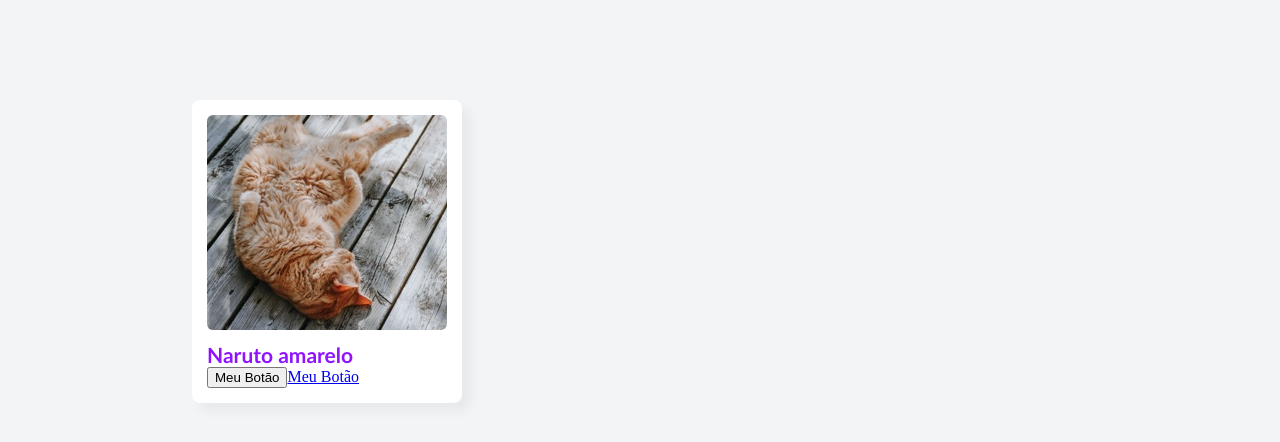
Repository: alessandradiamantino/Curso-Front-End-Design
Page: 1 - Introdução ao HTML e CSS/2 - Exercício CSS/01/codesignerspro-arquivos-exercicio-css-02/codesignerspro-arquivos-exercicio-css-02/index.html
The author's editor kept a copy of each file at every save. The page is drawn from the files as they stood at one save, then again after the next save.
The browser window is 1280 px wide. The pictures show the whole page.

Above is the page before, as saved 2021-07-28 11:49:28.

### 1 - Introdução ao HTML e CSS/2 - Exercício CSS/01/codesignerspro-arquivos-exercicio-css-02/codesignerspro-arquivos-exercicio-css-02/index.html
<!DOCTYPE html>
<html lang="pt-br">

<head>
  <meta charset="UTF-8">
  <meta name="viewport" content="width=device-width, initial-scale=1.0">
  <meta http-equiv="X-UA-Compatible" content="ie=edge">
  <title>Exercício CSS 02</title>
  <link rel="stylesheet" type="text/css" href="css/style.css" />
</head>

<body>
  <main>
  <div class="card-container">
    <div class="card">
      <img src="images/gato-01.jpg"
        alt="gato deitado"
        title="gatinho"
        class="card-image"
      />
      <div class="card-body">
        <h1>Naruto amarelo</h1>
    </div>
    <div class="card-footer">
      <button>Meu Botão</button>
      <a href="https://web.whatsapp.com/">Meu Botão</a>
    </div>
  </div>
</div>
  </main>
</body>

</html>

### 1 - Introdução ao HTML e CSS/2 - Exercício CSS/01/codesignerspro-arquivos-exercicio-css-02/codesignerspro-arquivos-exercicio-css-02/css/style.css
body{
  background-color: #f2f4f5;
  margin: 0;
}
main {
  width: 70%;
  display: table;
  margin: 100px auto 0 auto;
}
.card-container {
  width: 270px;
  display: table;
}

.card {
  width: 100%;
  display: table;
  background-color: #fff;
  border-radius: 8px;
  box-shadow: 8px 8px 12px rgba(0, 0, 0, 0.05);
  padding: 15px;
  box-sizing: border-box;
}

.card .card-image {
  width: 100%;
  max-width: 100%;
  height: auto;
  border-radius: 6px;
  display: block;
}

.card .card-body {
  width: 100%;
  display: table;
  margin-top: 13px;
}

.card .card-body h1 {
  font-family:'Gill Sans', 'Gill Sans MT', Calibri, 'Trebuchet MS', sans-serif;
  font-size: 21px;
  font-weight: 800;
  line-height: 24px;
  color: #9013fe;
  margin: 0;
}

.card .card-footer {
  width: 100%;
  display: table;
}

After the next save:
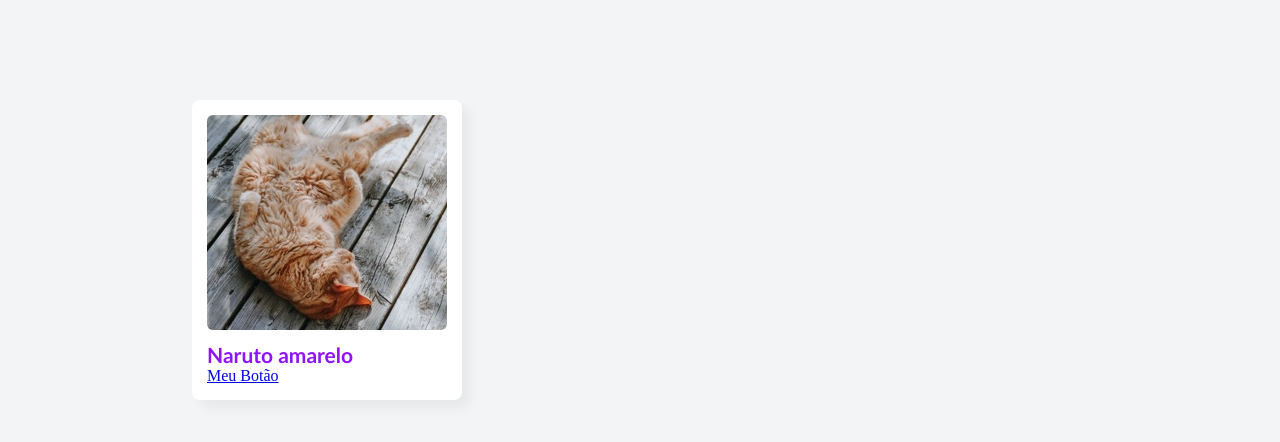
Saved 22 s later.
--- a/1 - Introdução ao HTML e CSS/2 - Exercício CSS/01/codesignerspro-arquivos-exercicio-css-02/codesignerspro-arquivos-exercicio-css-02/index.html
+++ b/1 - Introdução ao HTML e CSS/2 - Exercício CSS/01/codesignerspro-arquivos-exercicio-css-02/codesignerspro-arquivos-exercicio-css-02/index.html
@@ -22,7 +22,6 @@
         <h1>Naruto amarelo</h1>
     </div>
     <div class="card-footer">
-      <button>Meu Botão</button>
       <a href="https://web.whatsapp.com/">Meu Botão</a>
     </div>
   </div>
